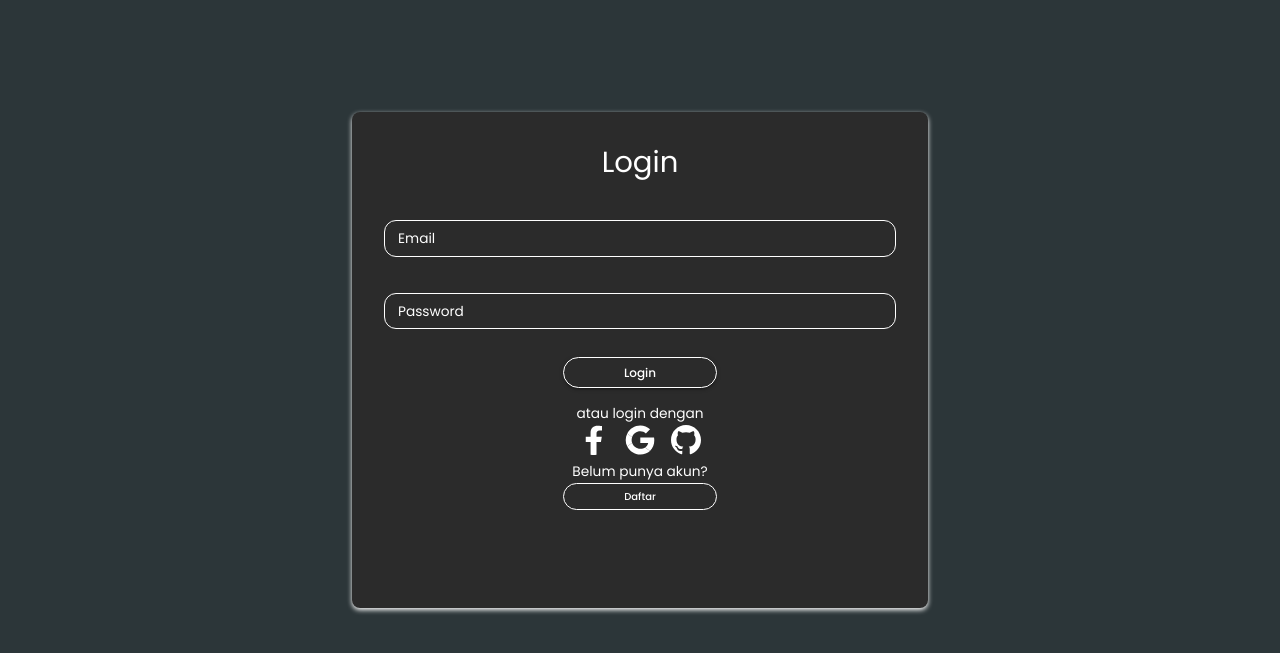
Repository: IzzaSuni/Izza-ToDo
Page: /login
These files come from the project's save history. The page is drawn as it stood at one moment and after the next save; the edit follows.
The browser window is 1280 px wide. The pictures show the whole page.
The project was rebuilt for these pictures with package versions that can differ from the ones it lists, and the page was loaded fresh each time. Also part of the build but not shown: src/App.css, src/services.js, src/utils/Query.js, src/utils/isLogin.js, src/components/List.js, src/components/Filter.js, src/components/ohayo.js, src/components/navbar.js and 2 more.

Above is the page before, as saved 2022-08-19 20:24:41.

### public/index.html
<!DOCTYPE html>
<html lang="en">
  <head>
    <meta charset="utf-8" />
    <link rel="icon" href="%PUBLIC_URL%/AKU.svg" />
    <meta name="viewport" content="width=device-width, initial-scale=1" />
    <meta name="theme-color" content="#000000" />
    <meta name="description" />
    <link rel="apple-touch-icon" href="%PUBLIC_URL%/logo192.png" />
    <!--
      manifest.json provides metadata used when your web app is installed on a
      user's mobile device or desktop. See https://developers.google.com/web/fundamentals/web-app-manifest/
    -->
    <link rel="manifest" href="%PUBLIC_URL%/manifest.json" />
    <!--
      Notice the use of %PUBLIC_URL% in the tags above.
      It will be replaced with the URL of the `public` folder during the build.
      Only files inside the `public` folder can be referenced from the HTML.

      Unlike "/favicon.ico" or "favicon.ico", "%PUBLIC_URL%/favicon.ico" will
      work correctly both with client-side routing and a non-root public URL.
      Learn how to configure a non-root public URL by running `npm run build`.
    -->
    <title>My Notes</title>
  </head>
  <body>
    <noscript>You need to enable JavaScript to run this app.</noscript>
    <div id="root"></div>
    <!--
      This HTML file is a template.
      If you open it directly in the browser, you will see an empty page.

      You can add webfonts, meta tags, or analytics to this file.
      The build step will place the bundled scripts into the <body> tag.

      To begin the development, run `npm start` or `yarn start`.
      To create a production bundle, use `npm run build` or `yarn build`.
    -->
  </body>
</html>

### src/index.js
import React from "react";
import ReactDOM from "react-dom/client";
import "./index.css";
import App from "./App";
import reportWebVitals from "./reportWebVitals";
import { ThemeProvider } from "@mui/material";
import Theme from "./utils/Theme";
const root = ReactDOM.createRoot(document.getElementById("root"));
root.render(
  <ThemeProvider theme={Theme}>
    <React.StrictMode>
      <App />
    </React.StrictMode>
  </ThemeProvider>
);

// If you want to start measuring performance in your app, pass a function
// to log results (for example: reportWebVitals(console.log))
// or send to an analytics endpoint. Learn more: https://bit.ly/CRA-vitals
reportWebVitals();

### src/index.css
@import url("https://fonts.googleapis.com/css2?family=Poppins:ital,wght@0,100;0,200;0,300;0,400;0,500;0,600;0,700;0,800;0,900;1,100;1,200;1,300;1,400;1,500;1,600;1,700;1,800;1,900&display=swap");
body {
  margin: 0;
  font-family: "Poppins", -apple-system, BlinkMacSystemFont, "Segoe UI",
    "Roboto", "Oxygen", "Ubuntu", "Cantarell", "Fira Sans", "Droid Sans",
    "Helvetica Neue", sans-serif;
  -webkit-font-smoothing: antialiased;
  -moz-osx-font-smoothing: grayscale;
  font-smooth: antialiased;
  box-sizing: border-box;
  background-color: #2c3639;
}
button[type="button"] {
  font-size: 10px;
}
svg {
  font-size: 16px !important;
}
code {
  font-family: source-code-pro, Menlo, Monaco, Consolas, "Courier New",
    monospace;
}
#cok:focus-within {
  box-shadow: 0px 1px 0px rgba(0, 0, 0, 0.555);
  transition: all 0.2s;
}
#cok,
#edit {
  box-shadow: 0px;
  transition: all 0.6s;
}
input {
  color: white !important;
  font-family: poppins;
}
textarea {
  color: white !important;
  font-family: poppins;
}
input:-webkit-autofill,
input:-webkit-autofill:hover,
input:-webkit-autofill:focus,
input:-webkit-autofill:active {
  -webkit-box-shadow: 0 0 0 30px #e7f6f2 inset !important;
  box-shadow: 0 0 0 30px #e7f6f2 inset !important;
}
input:disabled {
  -webkit-text-fill-color: black !important;
}
textarea:disabled {
  -webkit-text-fill-color: black !important;
}
#edit:focus-visible {
  box-shadow: 0px 1px 0px rgba(0, 0, 0, 0.555);
  transition: all 0.2s;
}
input#searchBar {
  padding: 4px 8px;
}

.grid {
  display: grid;
  gap: 10px;
  grid-template-columns: repeat(auto-fill, minmax(120px, 1fr));
  grid-template-rows: masonry;
}

.my-masonry-grid {
  display: -webkit-box; /* Not needed if autoprefixing */
  display: -ms-flexbox; /* Not needed if autoprefixing */
  display: flex;
  width: auto;
}
.my-masonry-grid_column {
  /* padding-left: 5px; gutter size */
  background-clip: padding-box;
}

/* Style your items */
.my-masonry-grid_column > div {
  /* change div to reference your elements you put in <Masonry> */
  margin-bottom: 10px;
}

::-webkit-scrollbar {
  width: 6px;
  height: 2px;
}

::-webkit-scrollbar-track {
  box-shadow: inset 0 0 10px transparent;
  border-radius: 10px;
}

/* Handle */
::-webkit-scrollbar-thumb {
  border: 2px solid rgba(0, 0, 0, 0);
  background-clip: padding-box;
  border-radius: 10px;
  background-color: #303030;
}

.shadow {
  box-shadow: 0px 2px 5px white;
}
.MuiPopover-paper {
  background: #2b2b2b !important;
  box-shadow: 0px 2px 5px white !important;
}

/* responsive=============================================================================== */
#mainContainer {
  display: block;
  height: 100vh;
}
@media (max-width: 900px) {
  #mainForm {
    display: none;
  }
  #ohayoSmall {
    text-align: center;
    position: sticky;
    width: 100vw;
  }
  #ohayoBig {
    display: none;
  }

  #listForm {
    width: 100%;
  }
  #buttonAddNotes {
    position: sticky;
    bottom: 0;
    width: 100vw;
    height: 52px !important;
    text-align: center;
    border-radius: 16px 16px 0 0;
  }
}
@media (min-width: 900px) {
  #buttonAddNotes {
    display: none;
  }
  #mainContainer {
    display: block;
  }
  #ohayoSmall {
    display: none;
  }
}

#loginButton:hover {
  background: transparent !important;
}

### src/App.js
import "./App.css";
import Layout from "./components/Layout";
import MainPage from "./components/MainPage";
import { BrowserRouter as Router, Switch, Route } from "react-router-dom";
import Login from "./components/Login";
import CreateAccount from "./components/CreateAccount";

function App({}) {
  return (
    <div className="App">
      <Router>
        <Switch>
          <Route exact path="/publicNote">
            <Layout>
              <MainPage />
            </Layout>
          </Route>
          <Route path={"/login"}>
            <Layout>
              <Login />
            </Layout>
          </Route>
          <Route path={"/signUp"}>
            <Layout>
              <CreateAccount />
            </Layout>
          </Route>
          <Route exact path={"/publicNote/Private"}>
            <Layout>
              <MainPage />
            </Layout>
          </Route>
          <Route path="*">
            <main style={{ padding: "1rem" }}>
              <p>There's nothing here!</p>
            </main>
          </Route>
        </Switch>
      </Router>
    </div>
  );
}

export default App;

### src/utils/Theme.js
import { green } from "@mui/material/colors";
import { createTheme, ThemeProvider } from "@mui/material/styles";

export const background = "#FCE7E7";
export const Black = "#303030";
export const Green = "#E7F634";
export const Disable = "#97A8A8";

export const Screensize = {
  mobile: 0,
  tablet: 900,
  laptop: 1350,
  desktop: 1700,
};

export const colors = {
  background,
  Black,
  Green,
  Disable,
};
export const theme = createTheme({
  breakpoints: {
    values: {
      mobile: 0,
      tablet: 900,
      laptop: 1350,
      desktop: 1700,
    },
  },
  typography: {
    fontFamily: "Poppins",
    fontSize: 12,
    allVariants: {
      color: "white ",
    },
  },
  components: {
    MuiButton: {
      styleOverrides: {
        root: {
          textTransform: "none",
          fontFamily: "Poppins !important",
        },
      },
    },
  },
});

export default theme;

### src/components/Layout.js
import { Box } from "@mui/material";

const Layout = ({ children }) => {
  return (
    <Box
      height={"100vh"}
      width={`calc("100vw - 32px")`}
      display={"flex"}
      alignItems={"center "}
    >
      {children}
    </Box>
  );
};
export default Layout;

### src/components/Login.js
import { Box, Typography } from "@mui/material";
import { makeStyles } from "@mui/styles";
import { useState } from "react";
import { UseDoLogIn } from "../services";
import Input from "./Input";
import { getAuth, signInWithEmailAndPassword } from "firebase/auth";
import { getFirestore } from "firebase/firestore";
import Cookies from "universal-cookie";
import { useHistory } from "react-router-dom";
import Img from "./Img";

const firebaseConfig = {
  apiKey: "AIzaSyAjZX0rIvNdmRXab8sDlkjihku_Bh4y0jg",
  authDomain: "notes-9e77e.firebaseapp.com",
  projectId: "notes-9e77e",
  storageBucket: "notes-9e77e.appspot.com",
  messagingSenderId: "518427613842",
  appId: "1:518427613842:web:af718e1b48a3b7972be44b",
  measurementId: "G-4QZVSNXS15",
};

const useStyles = makeStyles({
  card: {
    height: "60vh",
    width: "40vw",
    background: "#2B2B2B",
    borderRadius: "8px",
    padding: "32px",
  },
  container: {
    height: "100vh",
    width: "100vw",
    display: "flex",
    justifyContent: "center",
    alignItems: "center",
  },
});

export default function Login(prop) {
  const history = useHistory();
  const classes = useStyles();
  const [msg, setMsg] = useState({ type: "", msg: "" });
  const [loading, setLoading] = useState(false);
  const db = getFirestore();
  const auth = getAuth();

  //check if signed

  const signed = prop.signed;
  if (!signed) {
    localStorage.clear();
  } else {
    history.push("/publicNote");
  }

  //generateErr
  const generateErrEmail = (content, type) => {
    if (type === "email") {
      if (content.length === 0) return " ";
      else if (content[content.indexOf("@") + 1] === undefined)
        return "format e-mail salah";
      else if (content.length > 0 && content.indexOf("@") === -1)
        return "format e-mail salah";
      else return " ";
    } else {
      if (content.length === 0) return "";
      if (content.length > 0 && content.length < 6)
        return "minimal password 8 karakter";
      else return " ";
    }
  };

  //handleSubmit
  const submit = (e) => {
    setLoading(true);
    e.preventDefault();
    const email = e.target[0].value;
    const password = e.target[2].value;
    signInWithEmailAndPassword(auth, email, password)
      .then((e) => {
        const cookies = new Cookies();
        cookies.set("akikToken", e._tokenResponse.idToken, {
          path: "/",
          maxAge: 43200,
        });
        setMsg({ type: "success", msg: "berhasil login" });
        setLoading(false);
        history.push(`/publicNote/Private?user=${e.user.displayName}`);
      })
      .catch((err) => {
        if (err.code === "auth/wrong-password")
          setMsg({ msg: "Maaf email atau password salah 👀", type: "error" });
        if (err.code === "auth/user-not-found")
          setMsg({ msg: "Maaf user tidak ditemukan 👀", type: "error" });
        setLoading(false);
        return err;
      });
  };

  //handleChangeE
  const handleChangeE = (e) => {
    const helperE = document.getElementById("helperEmail");
    const msg = generateErrEmail(e.target.value, "email");
    if (msg === "e-mail sesuai format") helperE.style.color = "green";
    else {
      helperE.style.color = "yellow ";
    }
    helperE.innerHTML = msg;
  };

  //handleChangeE
  const handleChangeU = (e) => {
    const helperE = document.getElementById("helperEmail");
    const msg = generateErrEmail(e.target.value, "email");
    if (msg === "e-mail sesuai format") helperE.style.color = "green";
    else {
      helperE.style.color = "yellow ";
    }
    helperE.innerHTML = msg;
  };

  //handleChangeP
  const handleChangeP = (e) => {
    const helperP = document.getElementById("helperPass");
    const msg = generateErrEmail(e.target.value, "pass");
    if (msg === "sukses") helperP.style.color = "green";
    else {
      helperP.style.color = "yellow ";
    }
    helperP.innerHTML = msg;
  };

  //return
  return (
    <Box className={classes.container}>
      <Box className={`${classes.card} shadow`}>
        <Typography textAlign="center" variant={"h4"}>
          Login
        </Typography>
        <Box marginY={5}>
          <form onSubmit={submit}>
            <Box>
              <Input
                type="email"
                label={"Email"}
                inputType="text"
                hdlChange={handleChangeE}
              />
              <Box height={"12px"} mt={1} pl="14px">
                <Typography id="helperEmail"></Typography>
              </Box>
            </Box>

            <Box mt={2}>
              <Input
                type="email"
                label="Password"
                inputType={"password"}
                hdlChange={handleChangeP}
              />
              <Box height={"12px"} my={1} pl="14px">
                <Typography id="helperPass" />
              </Box>
            </Box>
            <Box display="flex" justifyContent={"center"} pb={2}>
              <Input
                type={"buttonLoading"}
                loading={loading}
                className={{ width: "30%" }}
              >
                Login
              </Input>
            </Box>
            <Box>
              <Typography textAlign={"center"}>atau login dengan</Typography>
            </Box>
            <Box display="inline-flex" justifyContent={"center"} width='100%' >
              <Img src="/facebook.svg" px={"8px"} />
              <Img src="/google.svg" px={"8px"} />
              <Img src="/Github.svg" px={"8px"} />
            </Box>
            <Typography textAlign={"center"}>Belum punya akun?</Typography>
            <Box display="flex" justifyContent={"center"}>
              <Input
                type={"buttonCustom"}
                loading={loading}
                className={{ width: "30%" }}
              >
                Daftar
              </Input>
            </Box>
          </form>
        </Box>
        <Typography textAlign="center">{msg.msg}</Typography>
      </Box>
    </Box>
  );
}

### src/components/Input.js
import { makeStyles } from "@mui/styles";
import {
  Box,
  Button,
  FormControl,
  InputAdornment,
  InputBase,
  InputLabel,
  MenuItem,
  Select,
  TextField,
  Typography,
} from "@mui/material";
//icons
import EditIcon from "@mui/icons-material/Edit";
import DeleteIcon from "@mui/icons-material/Delete";
import ClearIcon from "@mui/icons-material/Clear";
import DoneIcon from "@mui/icons-material/Done";
import { useState } from "react";
import { LoadingButton } from "@mui/lab";

const useStyles = makeStyles({
  paper: {
    height: "100%",
    width: "20%",
    background: "#E7F6F2 !important",
    borderRadius: "16px",
    overflow: "auto",
  },
  paperList: {
    height: "100%",
    width: "80%",
    flexWrap: "wrap",
    background: "#CEE5D0 !important",
    overflow: "auto",
  },
  Button: {
    "&.MuiButton-root": {
      textTransform: "none !important",
      color: "white",
      background: "transparent ",
      borderRadius: "32px",
      border: "1px solid white",
      padding: "4px 16px",
      "&:hover": {
        background: "#693737",
        color: "white ",
      },
      "&:active": {
        background: "#693737",
        color: "white ",
      },
      "& .MuiLoadingButton-loadingIndicator": {
        color: "white !important",
      },
      "&.Mui-disabled": {
        color: "rgba(255, 255, 255, 0.541)",
      },
    },
  },
  TextField: {
    "&:hover fieldset": {
      borderColor: "#100F0F !important",
      color: "white",
    },
    "& label.Mui-focused": {
      color: "white",
    },
    "& fieldset": {
      borderColor: "white !important",
    },
    "&.Mui-focused fieldset": {
      borderColor: "white !important",
    },
    "& .MuiOutlinedInput-root": {
      borderRadius: "12px !important",
      color: "white",
    },
  },
  TextFields: {
    "& .MuiInputBase-input": {
      padding: "0px !important",
      borderBottom: "1px white dashed !important",
      width: "100%",
    },
  },
  login: {
    "&:hover fieldset": {
      borderColor: "white !important",
    },
    "& label.Mui-focused": {
      color: "black",
    },
    "& fieldset": {
      borderColor: "white !important",
    },
    "&.Mui-focused fieldset": {
      borderColor: "white !important",
    },
    "& .MuiOutlinedInput-root": {
      borderRadius: "12px !important",
    },
  },
  form: {
    justifytitle: "space-between",
    width: ` 100% `,
    marginTop: "32px",
  },
  editForm: { width: "100%", display: "flex", padding: "0px 8px" },
  smallBox: {
    height: "10px",
    width: "10px",
    marginRight: "32px",
    borderRadius: "16px",
    paddingLeft: "16px",
    border: "1px dashed black",
  },
  Menu: {
    "&.MuiMenu-list": {
      background: "#2B2B2B",
      borderRadius: "12px",
      padding: "16px",
      width: "250px",
    },
    "& .MuiMenuItem-root": {
      padding: "0px",
    },
  },
});

export default function Input({
  type,
  select,
  hdlChange,
  children,
  defVal,
  hdlEdit,
  onClickBtn,
  color,
  className,
  label,
  placeholder,
  inputType,
  loading,
  maxchar,
  isdisabled,
  icon,
  id,
}) {
  const [anchorEl, setAnchorEl] = useState(null);

  const renderButton = ({ value, type }) => {
    return type === "delete" ? (
      value.isedit ? (
        <>
          <DoneIcon />
        </>
      ) : (
        <>
          <DeleteIcon />
        </>
      )
    ) : value.isedit ? (
      <>
        <ClearIcon sx={{ ml: 1 }} />
      </>
    ) : (
      <>
        <EditIcon sx={{ ml: 1 }} />
      </>
    );
  };

  const classes = useStyles();
  const renderInput = () => {
    switch (type) {
      case "text":
        return (
          <TextField
            size={"small"}
            label={"Title"}
            placeholder="Type the title here"
            className={classes.TextField}
            required
            inputProps={{ maxLength: "20" }}
            sx={{ width: "100%", marginBottom: 3 }}
          />
        );
      case "email":
        return (
          <TextField
            size={"small"}
            label={label}
            placeholder={label}
            className={classes.login}
            type={inputType}
            inputProps={{ maxLength: maxchar }}
            InputProps={icon}
            sx={{
              width: "100%",
              marginBottom: 3,
              "&.MuiFormControl-root": {
                marginBottom: 0,
              },
              "& .Mui-focused": {
                color: "white !important",
              },
            }}
            onChange={hdlChange}
          />
        );
      case "multiline":
        return (
          <TextField
            label={"Description"}
            size={"medium"}
            placeholder="Type the description here"
            className={classes.TextField}
            multiline
            sx={{ width: "100%", marginBottom: 3, borderRadius: 12 }}
          />
        );
      case "select":
        return (
          <FormControl
            fullWidth
            className={`${classes.TextField} `}
            sx={{
              marginBottom: "24px",
            }}
            id="kontol"
          >
            <InputLabel id="catLabel">Select Category</InputLabel>
            <Select
              id="catuu"
              label="Select Category"
              onChange={hdlChange}
              defaultChecked={false}
              required
              className={`${classes.Menu}`}
            >
              <MenuItem value={"Reminder"} disabled>
                Select a category
              </MenuItem>
              <MenuItem value={"Work"}>Work</MenuItem>
              <MenuItem value={"To do"}>To do</MenuItem>
              <MenuItem value={"Money"}>Money</MenuItem>
              <MenuItem value={"Reminder"}>Reminder</MenuItem>
              <MenuItem value={"Assignment"}>Task</MenuItem>
              <MenuItem value={"Study"}>Study</MenuItem>
            </Select>
          </FormControl>
        );

      case "button":
        return (
          <Button
            disableRipple
            type="submit"
            variant="contained"
            className={classes.Button}
            sx={className}
          >
            {children}
          </Button>
        );
      case "buttonLoading":
        return (
          <LoadingButton
            disableRipple
            type="submit"
            variant="contained"
            loading={loading}
            className={classes.Button}
            sx={className}
            disabled={isdisabled}
            loadingPosition="end"
          >
            {children}
          </LoadingButton>
        );
      case "buttonCustom":
        return (
          <Button
            disableRipple
            type="button"
            onClick={onClickBtn}
            className={`${classes.Button}`}
            id={id}
            style={className}
          >
            {children}
          </Button>
        );

      case "editTitle":
        return (
          <InputBase
            defaultValue={defVal.title}
            onChange={hdlEdit}
            className={classes.TextFields}
            disabled={defVal.isedit === true ? false : true}
            sx={{
              fontSize: "16px !important",
            }}
          />
        );
      case "editDesc":
        return (
          <InputBase
            sx={{
              width: "100%",
              padding: "0px !important",
              mt: 2,
              lineHeight: "18px",
            }}
            defaultValue={defVal.desc}
            onChange={hdlEdit}
            className={classes.TextFields}
            disabled={defVal.isedit === true ? false : true}
            multiline
          />
        );
      case "divider":
        return (
          <Box
            height={"1px"}
            width="100%"
            bgcolor={"#CEE5D0"}
            mx={2}
            variant="middle"
            alignSelf={"center "}
          />
        );
      default:
        break;
    }
  };
  return renderInput();
}

### src/components/Img.js
import { Box } from "@mui/system";

const Img = ({ width = "30px", height = "30px", src,px }) => {
  return (
    <Box>
      <img
        src={process.env.PUBLIC_URL + src}
        style={{ height: height, width: width, padding: `0 ${px}` }}
        alt={src}
      />
    </Box>
  );
};

export default Img;

Loaded but not shown: src/reportWebVitals.js (common file)

After the next save:
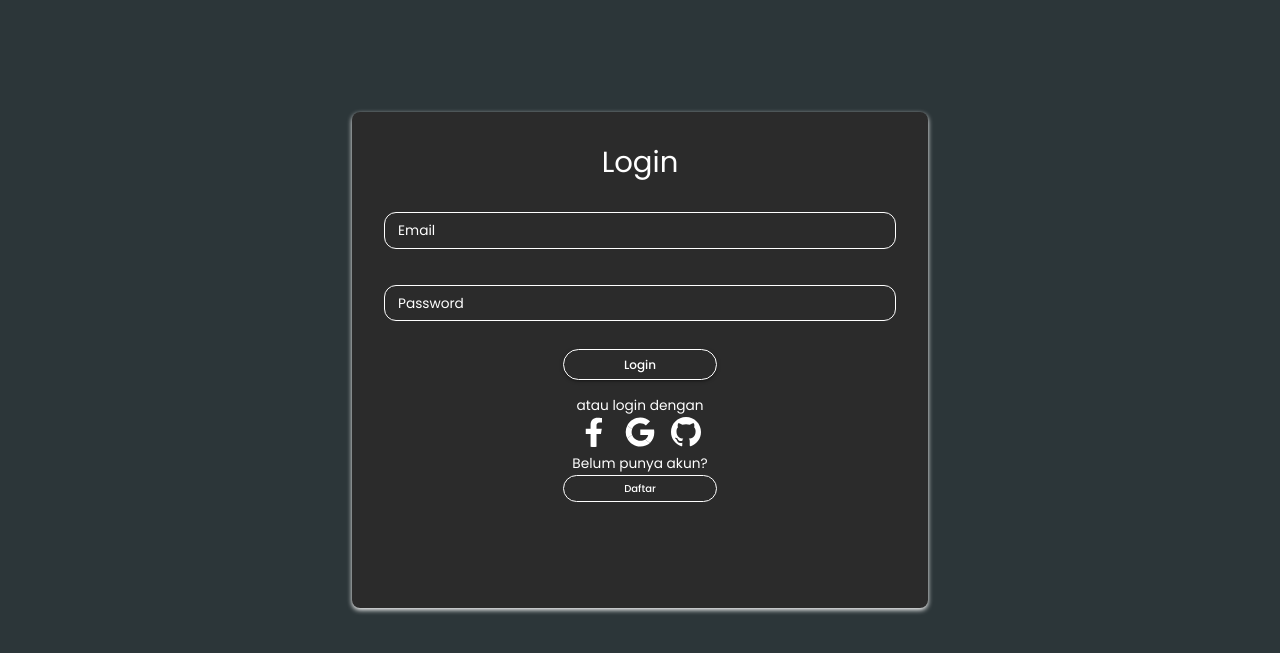
Saved 4 s later.
--- a/src/components/Login.js
+++ b/src/components/Login.js
@@ -137,7 +137,7 @@ export default function Login(prop) {
         <Typography textAlign="center" variant={"h4"}>
           Login
         </Typography>
-        <Box marginY={5}>
+        <Box marginY={4}>
           <form onSubmit={submit}>
             <Box>
               <Input
